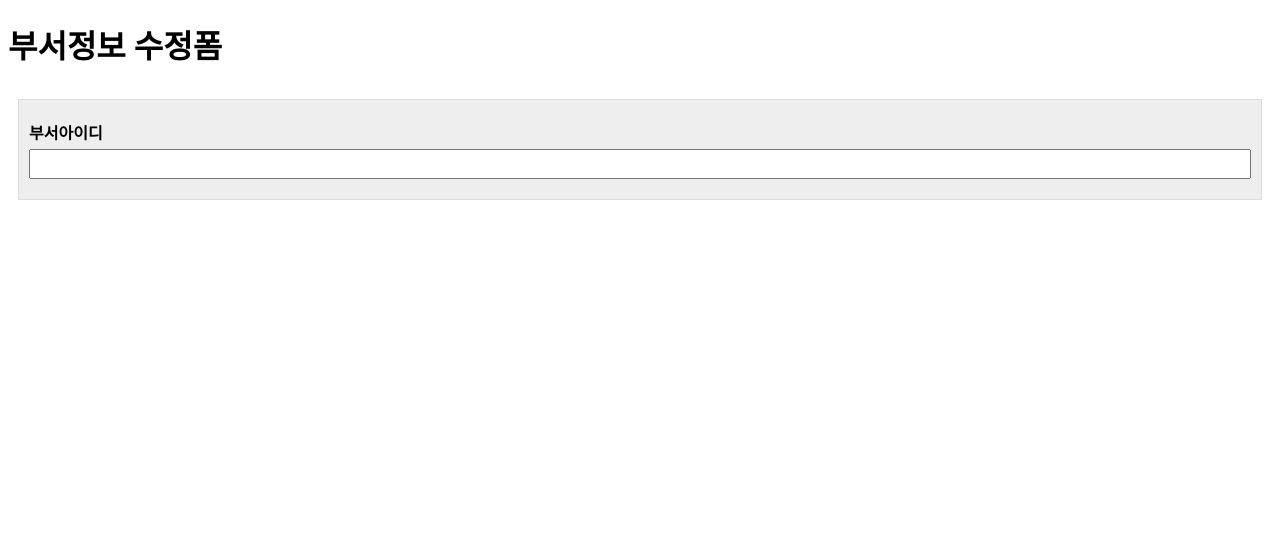
Repository: benpark0613/basic
Page: http://localhost/sample/hr/dept/modifyform.jsp
The author's editor kept a copy of each file at every save. The page is drawn from the files as they stood at one save, then again after the next save.
The browser window is 1280 px wide. The pictures show the whole page.
The page is served by Tomcat 9. Other server files are loaded and not shown.

Above is the page before, as saved 2021-11-11 06:42:23.

### HR_app/sample/src/main/webapp/hr/dept/modifyform.jsp
<%@ page language="java" contentType="text/html; charset=UTF-8"
    pageEncoding="UTF-8"%>
<!DOCTYPE html>
<html>
<head>
<meta charset="UTF-8">
<link rel="stylesheet" type="text/css" href="../../resources/css/style.css">
<title>부서정보 관리::수정폼</title>
</head>
<body>
	<h1>부서정보 수정폼</h1>

	<div>
		<form class="well" method="post" action="update.jsp">
			<div class="form-group">
				<label>부서아이디</label>
				<input type="text" name="id" />
			</div>
		</form>
	</div>

</body>
</html>

### HR_app/sample/src/main/webapp/resources/css/style.css
@charset "UTF-8";

* {
	box-sizing: border-box;
}

div {
	margin: 10px 0;
	padding: 10px;
}

table {
	width: 100%;
	border-collapse: collapse;
}

th, td {
	padding: 8px;
	text-align: left;
	border: 1px solid black;
}

thead th {
	background-color: #0072B5;
	color: white;
	font-weight: bolder;
}

.text-center {
	text-align: center;
}
.text-left {
	text-align: left;
}
.text-right {
	text-align: right;
}
.form-group {
	margin-bottom: 10px;
}
.form-group label {
	display: block;
	font-weight: bold;
	margin-bottom: 5px;
}
.form-group input[type='text'],
	.form-group input[type='password'],
	.form-group input[type='number'],
	.form-group input[type='date'] {
		height: 30px;
		width: 100%;
		padding-left: 8px
}
.form-group select {
	height: 37px;
	width: 100%;
}
.form-group select {
	padding-left: 8px
}
.btn {
	padding: 7px 25px;
    font-weight: bold;
    border: 1px solid black;
    font-size: 17px;
    background-color: white;
}
.well {
	background-color: #eee;
	border: 1px solid #ddd;
}

After the next save:
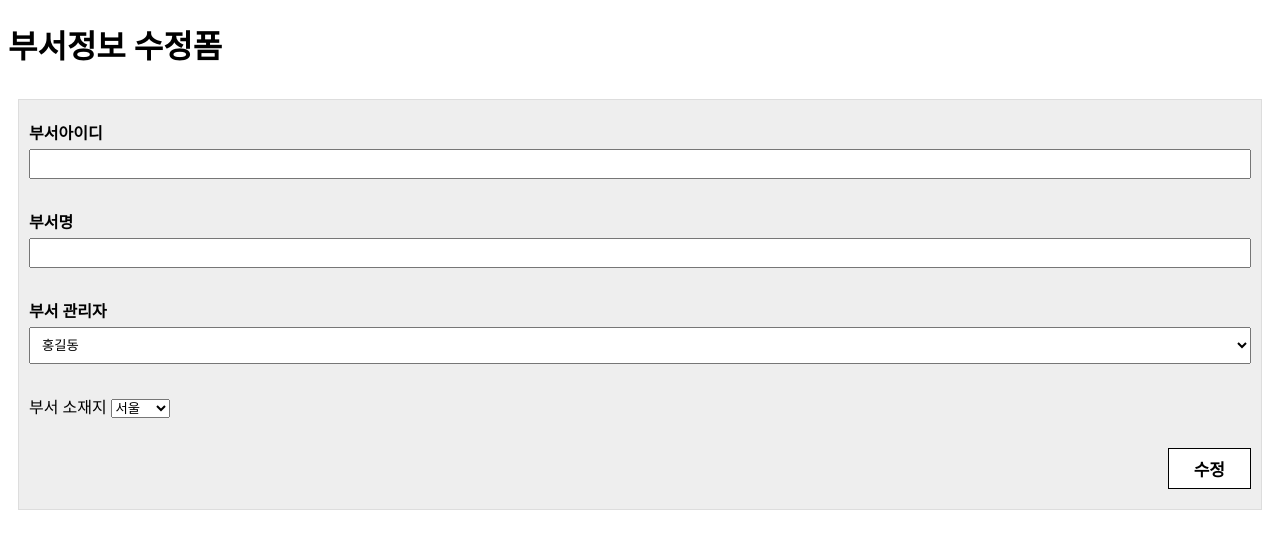
Saved 3 min 22 s later.
--- a/HR_app/sample/src/main/webapp/hr/dept/modifyform.jsp
+++ b/HR_app/sample/src/main/webapp/hr/dept/modifyform.jsp
@@ -16,6 +16,33 @@
 				<label>부서아이디</label>
 				<input type="text" name="id" />
 			</div>
+			<div class="form-group">
+				<label>부서명</label>
+				<input type="text" name="name" />
+			</div>
+			<div class="form-group">
+				<label>부서 관리자</label>
+				<select name="managerId">
+					<option value="100">홍길동</option>
+					<option value="101">김유신</option>
+					<option value="102">강감찬</option>
+					<option value="103">이순신</option>
+					<option value="104">류관순</option>
+				</select>
+			</div>
+			<div class="from-group">
+			<label>부서 소재지</label>
+			<select name="locationId">
+				<option value="1000">서울</option>
+				<option value="1001">베이징</option>
+				<option value="1002">홍콩</option>
+				<option value="1003">도쿄</option>
+				<option value="1004">싱가폴</option>
+			</select>
+			</div>
+			<div class="text-right">
+				<button class="btn">수정</button>
+			</div>
 		</form>
 	</div>
 
